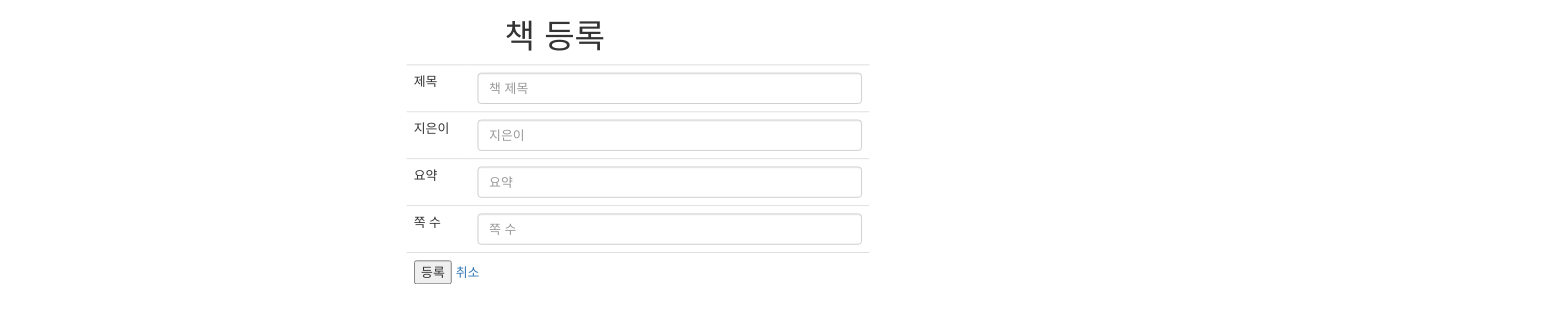
Repository: newzinee/SKDidimdolSpring
Page: http://localhost/AZBookPrj/insertBook.jsp
An editor plug-in stored every save of this project. The page is shown before and after the next save, followed by the edit.
The browser window is 1280 px wide. The page is 1703 px wide, so the pictures cover 1703 px, including what lies to the right of the window. The pictures show the whole page, at 92% of full size.
The page is served by Tomcat 9. Nobody is signed in. The application's start-up code is not run.

Above is the page before, as saved 2017-02-12 14:33:47.
Console error (its wording comes from the project's code and is left out).

After the next save:
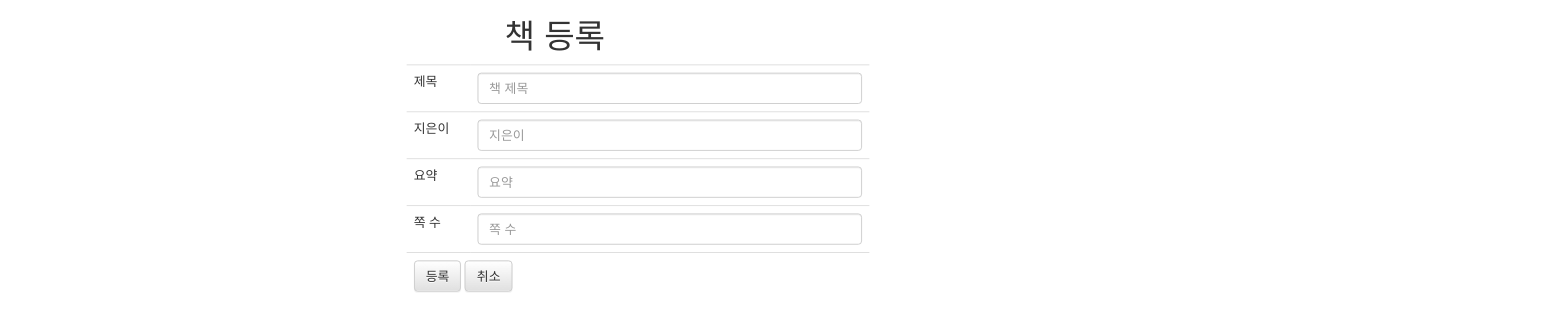
Saved 64 s later.
--- a/AZBookPrj/WebContent/insertBook.jsp
+++ b/AZBookPrj/WebContent/insertBook.jsp
@@ -57,8 +57,8 @@
 				</tr>
 				<tr>
 					<td colspan=2 class="lasttd">
-						<input type="submit" value="등록" class="lasttd">
-						<a href="getBookList.do" class="lasttd">취소</a>
+						<input type="submit" value="등록" class="btn btn-default">
+						<a href="getBookList.do" class="btn btn-default">취소</a>
 					</td>
 				</tr>
 			</table>
